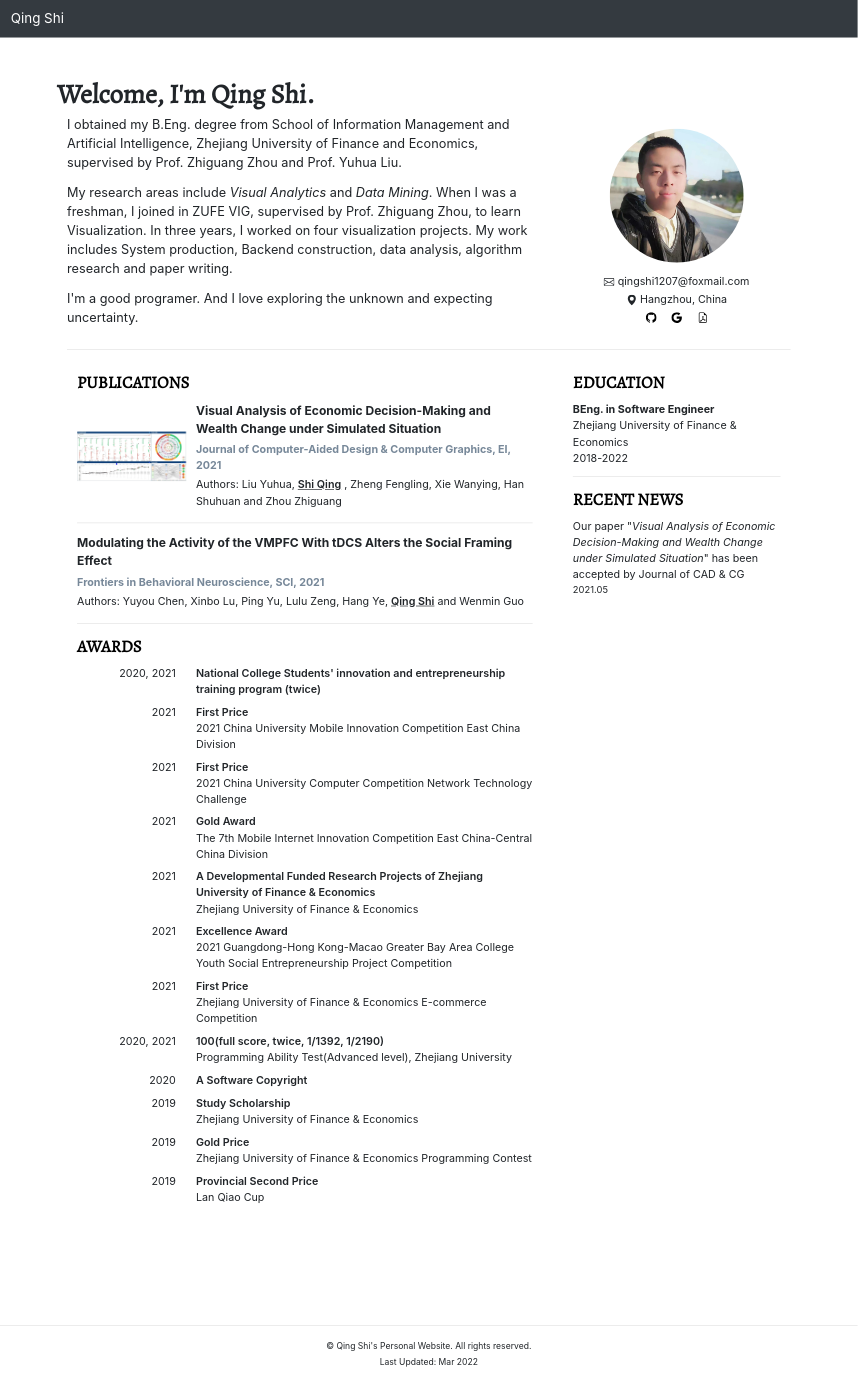
Repository: sqsssq/webpage
Page: index.html
These files come from the project's save history. The page is drawn as it stood at one moment and after the next save; the edit follows.
The browser window is 1280 px wide. The pictures show the whole page, at 67% of full size.
Some web libraries are served in a nearby version.

Above is the page before, as saved 2022-03-28 16:51:54.

After the next save:
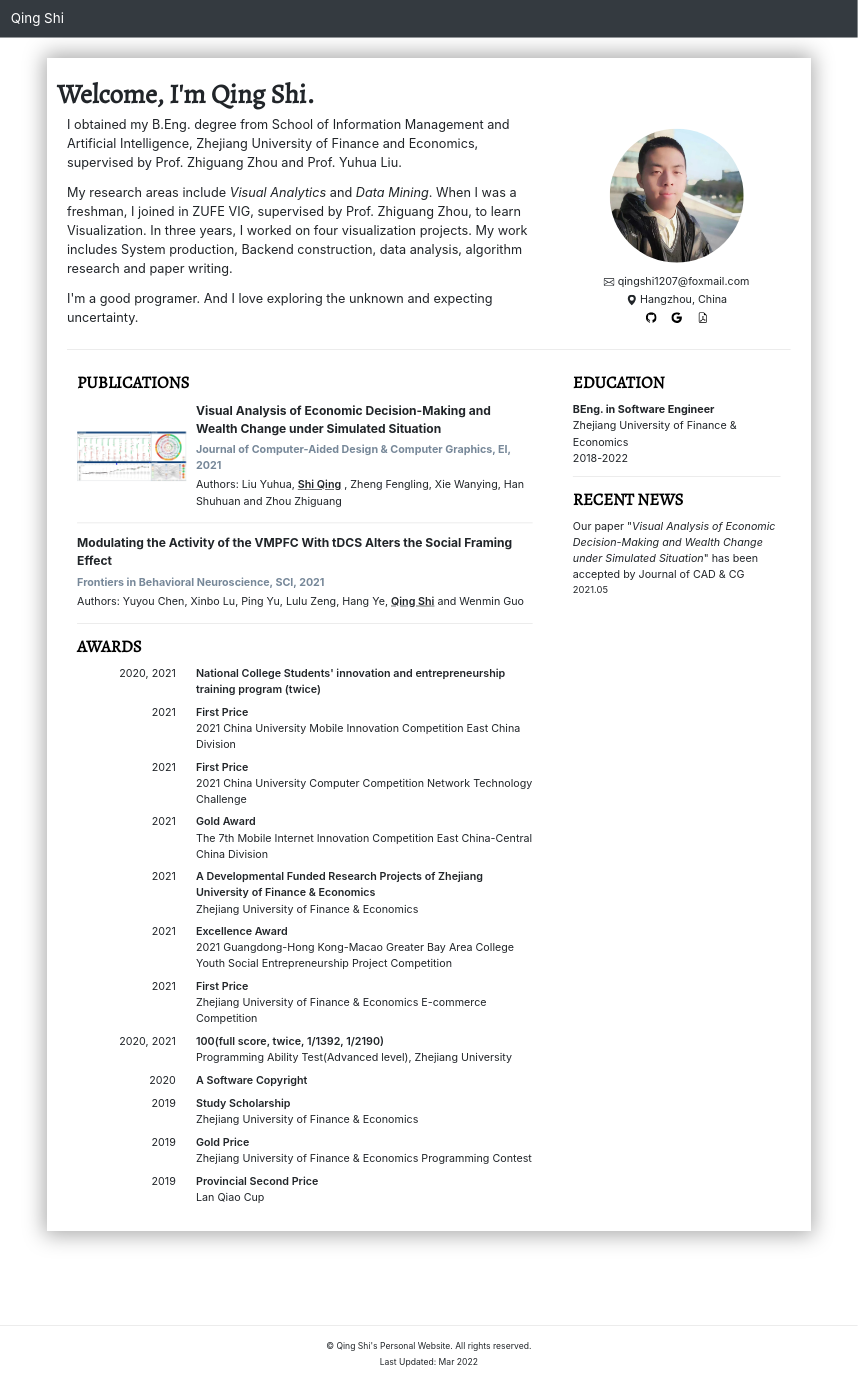
Saved 3 min 57 s later.
--- a/css/index.css
+++ b/css/index.css
@@ -27,7 +27,7 @@ body {
     /* border-color: black; */
     /* border-width: 3px; */
     /* border-style: solid; */
-    /* box-shadow: darkgrey 0px 0px 30px 5px ; */
+    box-shadow: darkgrey 0px 0px 30px 5px ;
 }
 
 .webIntroduction .intro {
